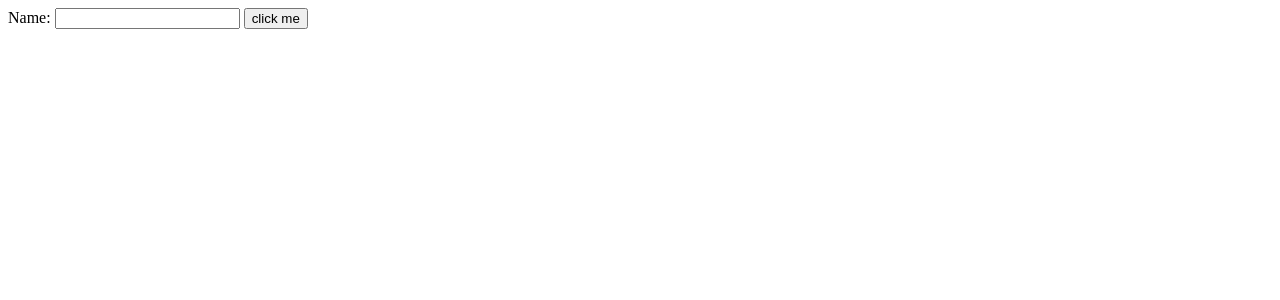
Repository: PoojaShirwaikar/BlockhainTest
Page: javascript/HtmlAssinment3/WebContent/login.html
These files come from the project's save history. The page is drawn as it stood at one moment and after a run of saves; the edit follows.
The browser window is 1280 px wide. The pictures show the whole page.
Some web libraries are served in a nearby version.

Above is the page before, as saved 2017-11-18 03:19:11.

After the next 2 saves:
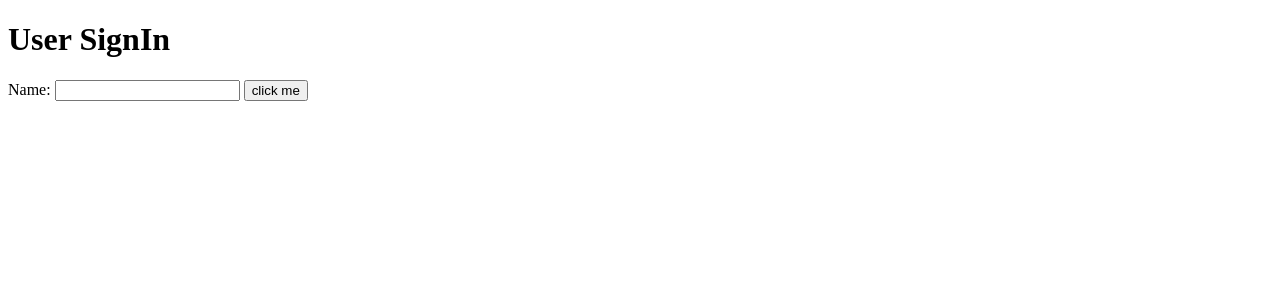
The 2 saves are shown as one change because they came seconds apart.
The last was saved 71 s later.
--- a/javascript/HtmlAssinment3/WebContent/login.html
+++ b/javascript/HtmlAssinment3/WebContent/login.html
@@ -3,20 +3,19 @@
 <head>
 <meta charset="ISO-8859-1">
 <title>Insert title here</title>
- <script src="https://code.jquery.com/jquery-3.2.1.js"></script>
+<script src="https://code.jquery.com/jquery-3.2.1.js"></script>
 
 </head>
 <body>
-
+	<h1>User SignIn</h1>
 	Name:
-	<input id="i1" type="text"/>
+	<input id="i1" type="text" />
 	<button id="b1" onclick="check()">click me</button>
 	<script>
-	function check(){
-		localStorage.setItem('name',$("#i1").val())
-		window.location.href="http://localhost:8080/HtmlAssinment3/GroceryMall.html";
-	}
-
+		function check() {
+			localStorage.setItem('name', $("#i1").val())
+			window.location.href = "http://localhost:8080/HtmlAssinment3/GroceryMall.html";
+		}
 	</script>
 </body>
 </html>
